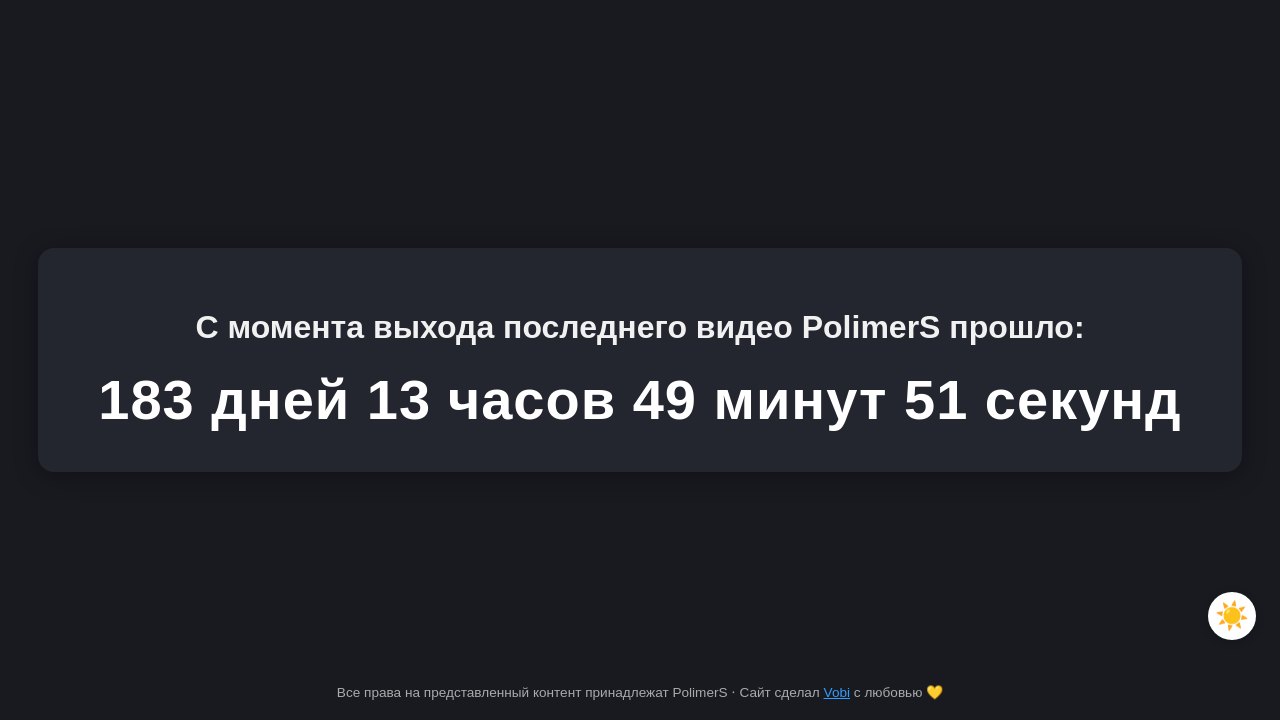
Repository: oncube-dev/OnCube-dev_website
Page: timer_from_Poli_video/app/templates/index(1).html
An editor plug-in stored every save of this project. The page is shown before and after the next save, followed by the edit.
The browser window is 1280 px wide. The pictures show the whole page.

Above is the page before, as saved 2025-07-18 02:57:55.

### timer_from_Poli_video/app/templates/index(1).html
<!DOCTYPE html>
<html lang="ru">
<head>
    <meta charset="UTF-8">
    <title>Платон, когда видео?</title>
    <link rel="stylesheet" href="/static/style.css">
    <style>
        body { transition: background 0.2s, color 0.2s; }
    </style>
</head>
<body>
    <div class="timer-container">
        <h1>С момента выхода последнего видео PolimerS прошло:</h1>
        <div id="timer">Загрузка...</div>
    </div>
    <button id="theme-toggle" class="theme-toggle-btn" title="Переключить тему">🌙</button>
    <footer class="footer-note">
        Все права на представленный контент принадлежат PolimerS ⋅ Сайт сделал <a href="https://vobi.bio.link/" target="_blank" style="text-decoration:underline;">Vobi</a> с любовью 💛
    </footer>
    <script>
        // Дата выхода последнего видео (пример: 2025-01-15 11:00:00)
        const startDate = new Date('2025-01-15T11:00:00');
        function updateTimer() {
            const now = new Date();
            let diff = now - startDate;
            if (diff < 0) diff = 0;
            let seconds = Math.floor(diff / 1000);
            const days = Math.floor(seconds / (24 * 3600));
            seconds %= 24 * 3600;
            const hours = Math.floor(seconds / 3600);
            seconds %= 3600;
            const minutes = Math.floor(seconds / 60);
            seconds %= 60;
            document.getElementById('timer').textContent = `${days} дней ${hours} часов ${minutes} минут ${seconds} секунд`;
        }
        setInterval(updateTimer, 1000);
        updateTimer();

        // Переключение темы
        const toggleBtn = document.getElementById('theme-toggle');
        const darkClass = 'dark-theme';
        let themePref = localStorage.getItem('theme');
        let isDark = themePref === null ? true : themePref === 'dark';
        setTheme(isDark);
        toggleBtn.onclick = () => {
            isDark = !isDark;
            setTheme(isDark);
            localStorage.setItem('theme', isDark ? 'dark' : 'light');
        };
        function setTheme(isDark) {
            if (isDark) {
                document.body.classList.add(darkClass);
                toggleBtn.textContent = '☀️';
            } else {
                document.body.classList.remove(darkClass);
                toggleBtn.textContent = '🌙';
            }
        }
    </script>
</body>
</html>

### timer_from_Poli_video/app/static/style.css
body {
    background: #181a20;
    color: #f1f1f1;
    font-family: Arial, sans-serif;
    margin: 0;
    padding: 0;
    height: 100vh;
    display: flex;
    align-items: center;
    justify-content: center;
}

.timer-container {
    background: #23262f;
    padding: 40px 60px;
    border-radius: 16px;
    box-shadow: 0 4px 24px rgba(0,0,0,0.32);
    text-align: center;
    color: #f1f1f1;
}

.timer-container h1 {
    font-size: 2rem;
    font-weight: bold;
    color: #f1f1f1;
}

#timer {
    font-size: 3.5rem;
    font-weight: bold;
    margin-top: 8px;
    color: #111;
    letter-spacing: 1px;
}

.footer-note {
    font-size: 0.85rem;
    color: #aaa;
    text-align: center;
    position: fixed;
    left: 0;
    width: 100vw;
    bottom: 20px;
    margin: 0;
    z-index: 100;
    box-sizing: border-box;
}

.footer-note a {
    color: #339cff;
    text-decoration: underline;
}

/* Кнопка переключения темы */
.theme-toggle-btn {
    position: fixed;
    right: 24px;
    bottom: 80px;
    z-index: 200;
    background: #23262f;
    color: #ffe066;
    border: none;
    border-radius: 50%;
    width: 48px;
    height: 48px;
    font-size: 1.7rem;
    cursor: pointer;
    box-shadow: 0 2px 8px rgba(0,0,0,0.18);
    transition: background 0.2s, color 0.2s;
}
.theme-toggle-btn:hover {
    background: #ffe066;
    color: #23262f;
}

/* Светлая тема по умолчанию */
body {
    background: #f5f5f5;
    color: #23262f;
}
.timer-container {
    background: #fff;
    color: #23262f;
    box-shadow: 0 4px 24px rgba(0,0,0,0.08);
}
.timer-container h1 {
    color: #23262f;
}
#timer {
    color: #111;
}
.footer-note {
    color: #888;
}
.footer-note a {
    color: #1976d2;
}

/* Тёмная тема */
body.dark-theme {
    background: #181a20;
    color: #f1f1f1;
}
.dark-theme .timer-container {
    background: #23262f;
    color: #f1f1f1;
    box-shadow: 0 4px 24px rgba(0,0,0,0.32);
}
.dark-theme .timer-container h1 {
    color: #f1f1f1;
}
.dark-theme #timer {
    color: #fff;
}
.dark-theme .footer-note {
    color: #aaa;
}
.dark-theme .footer-note a {
    color: #339cff;
}
.dark-theme .theme-toggle-btn {
    background: #fff;
    color: #23262f;
}
.dark-theme .theme-toggle-btn:hover {
    background: #23262f;
    color: #ffe066;
}

After the next save:
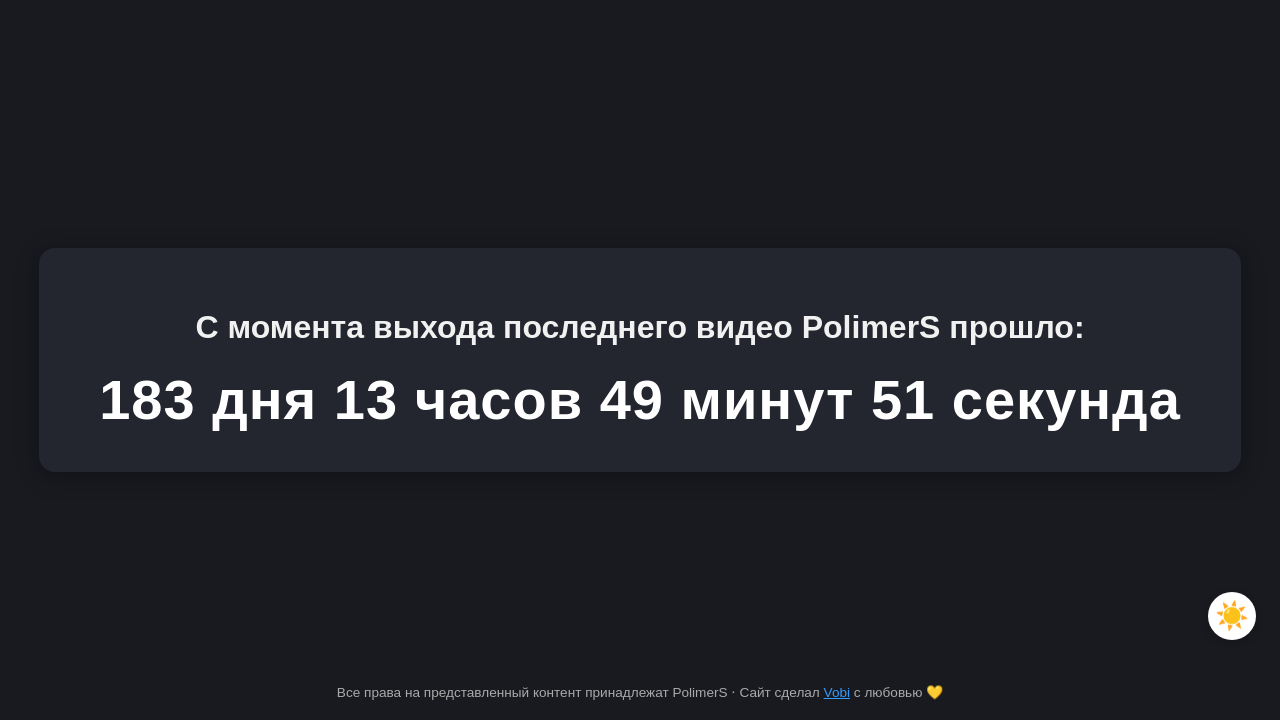
Saved 1 s later.
--- a/timer_from_Poli_video/app/templates/index(1).html
+++ b/timer_from_Poli_video/app/templates/index(1).html
@@ -31,7 +31,19 @@
             seconds %= 3600;
             const minutes = Math.floor(seconds / 60);
             seconds %= 60;
-            document.getElementById('timer').textContent = `${days} дней ${hours} часов ${minutes} минут ${seconds} секунд`;
+            function plural(n, one, two, five) {
+                n = Math.abs(n) % 100;
+                let n1 = n % 10;
+                if (n > 10 && n < 20) return five;
+                if (n1 > 1 && n1 < 5) return two;
+                if (n1 == 1) return one;
+                return five;
+            }
+            const daysText = plural(days, 'день', 'дня', 'дней');
+            const hoursText = plural(hours, 'час', 'часа', 'часов');
+            const minutesText = plural(minutes, 'минута', 'минуты', 'минут');
+            const secondsText = plural(seconds, 'секунда', 'секунды', 'секунд');
+            document.getElementById('timer').textContent = `${days} ${daysText} ${hours} ${hoursText} ${minutes} ${minutesText} ${seconds} ${secondsText}`;
         }
         setInterval(updateTimer, 1000);
         updateTimer();
